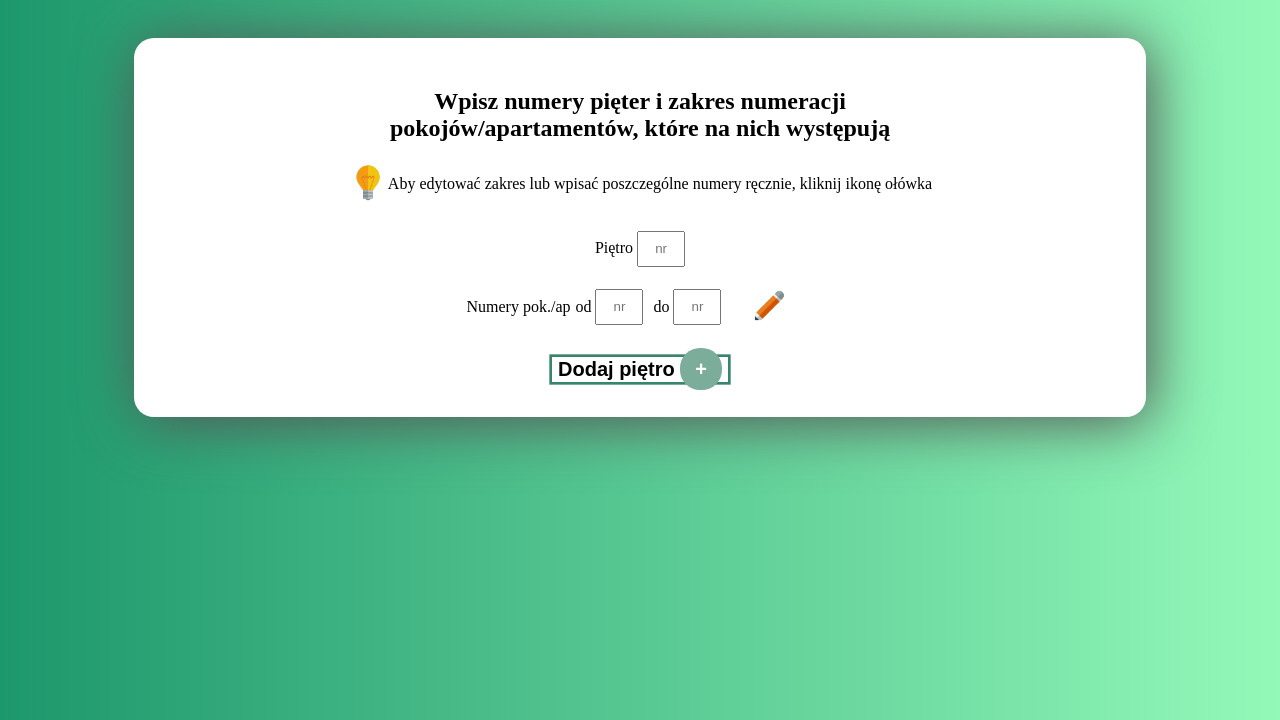
Repository: kateotto/vue-hotel-app
Page: /
An editor plug-in stored every save of this project. The page is shown before and after the next save, followed by the edit.
The browser window is 1280 px wide. The pictures show the whole page.
The first visible `.add-button` has the focus.
The project was rebuilt for these pictures with package versions that can differ from the ones it lists, and the page was loaded fresh each time. Also part of the build but not shown: src/components/Rooms.vue, src/components/Floor.vue.

Above is the page before, as saved 2020-03-15 23:20:06.

After the next save:
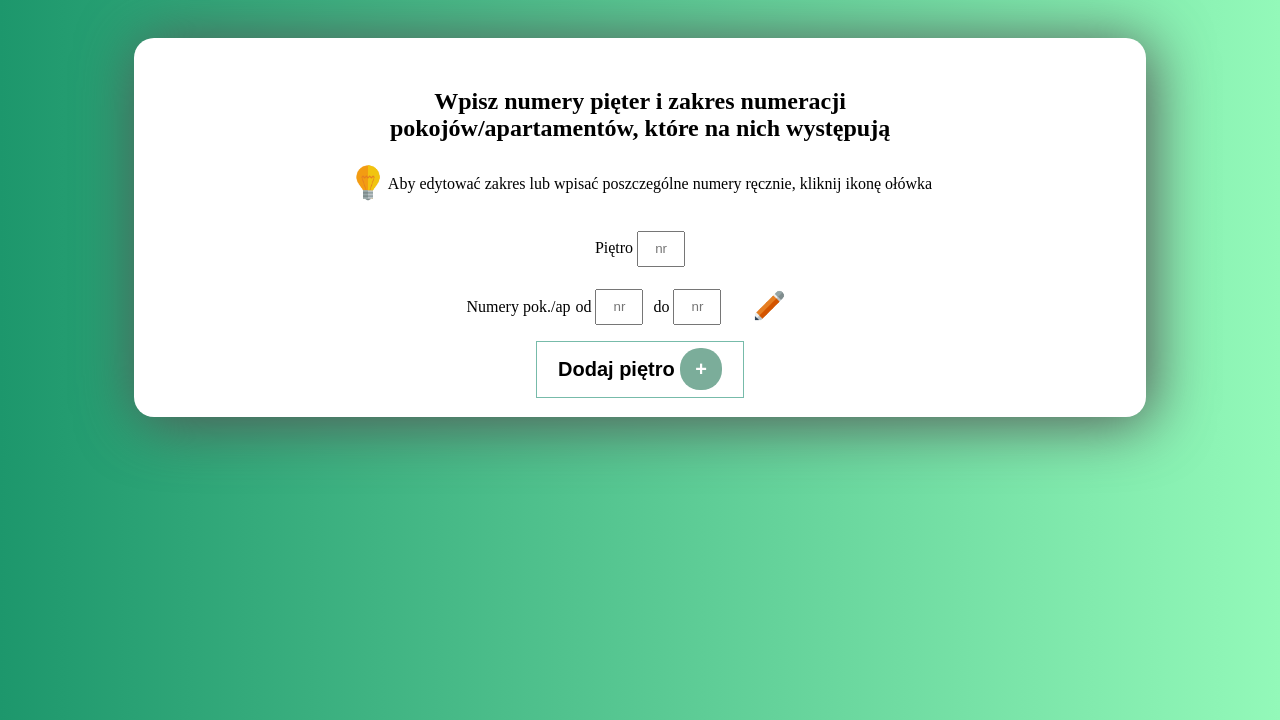
Saved 28 s later.
--- a/src/components/Container.vue
+++ b/src/components/Container.vue
@@ -248,7 +248,8 @@ label {
 }
 
 .add-button:focus{
-  box-shadow: 0 0 0 2pt #398569;
+  outline: 1px solid #77bbaa;
+  outline-offset: 15px;
 }
 
 .error {
